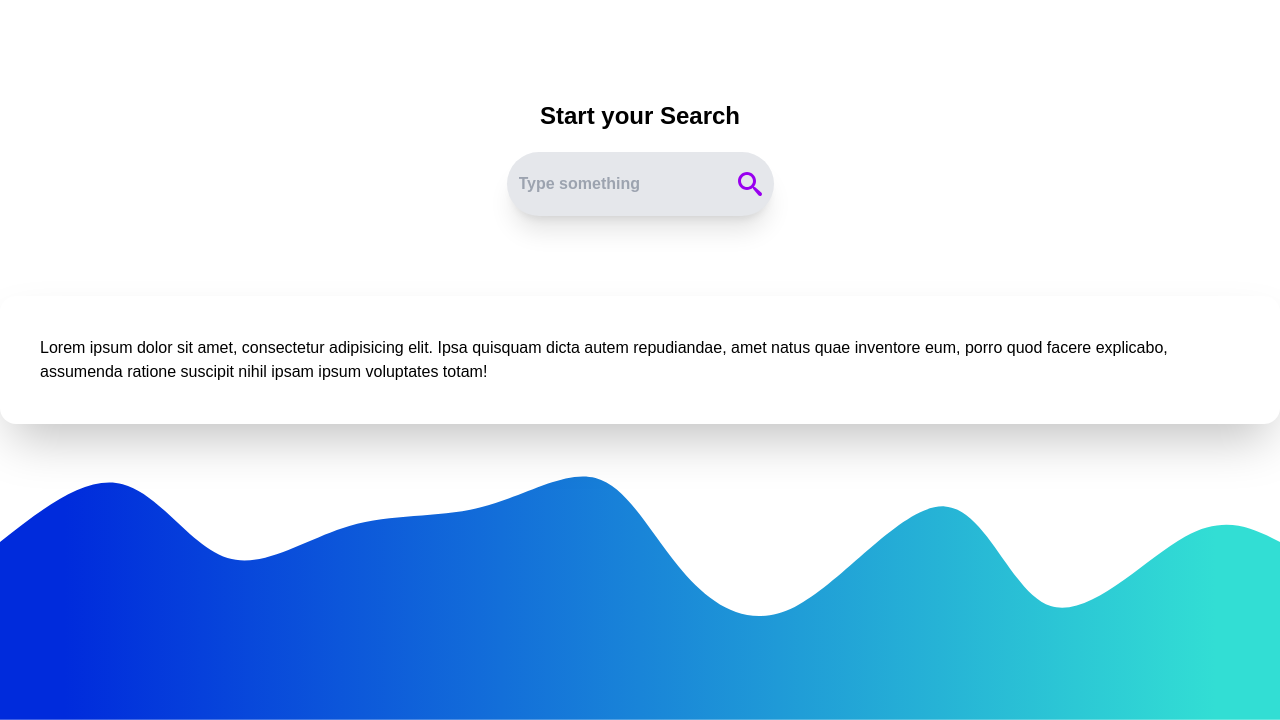
Repository: evergreenx/dictionary-octo
Page: /
An editor plug-in stored every save of this project. The page is shown before and after the next save, followed by the edit.
The browser window is 1280 px wide. The pictures show the whole page.
The project was rebuilt for these pictures with package versions that can differ from the ones it lists, and the page was loaded fresh each time. The framework's server and built-in components were replaced by stand-ins that run in the browser. Also part of the build but not shown: next.config.js.

Above is the page before, as saved 2022-04-30 15:12:51.

### pages/index.js
import Head from "next/head";
import Image from "next/image";
import bgimage from "../public/bg.svg";

import { ImSearch } from "react-icons/im";
import RandomWord from "../components/RandomWord";

export default function Home() {
  return (
    <div>
      <Head>
        <title>Create Next App</title>
        <meta name="description" content="Generated by create next app" />
        <link rel="icon" href="/favicon.ico" />
      </Head>

      <main className=" flex flex-col justify-center items-center py-20">
        <section className="input--container pb-20">
          <h1 className="text-2xl font-bold text-center py-5">
            Start your Search
          </h1>

          <div className="flex items-center bg-gray-200 shadow-xl rounded-full py-3 px-3">
            <input
              className="input--text bg-gray-200 font-bold outline-none py-2"
              type="text"
              placeholder="Type something"
            />

            <ImSearch className="text-[#9900efff] text-2xl" />
          </div>
        </section>

        <section>
          <RandomWord />
        </section>
      </main>
    </div>
  );
}

### styles/globals.css
@tailwind base;
@tailwind components;
@tailwind utilities;

@import url("https://fonts.googleapis.com/css2?family=Quicksand&display=swap");

* {
  box-sizing: border-box;
  margin: 0;
  padding: 0;
}

body {
  background-image: url("../public/bg.svg");
  background-repeat: no-repeat;
  background-size: contain;
  background-position: bottom;

  height: 100vh;
  font-family: "Quicksand", sans-serif;
}

a {
  color: inherit;
  text-decoration: none;
}

### components/RandomWord.js
import React from "react";

const RandomWord = () => {
  return (
    <div className="bg-white rounded-2xl shadow-2xl p-10 w-">
      Lorem ipsum dolor sit amet, consectetur adipisicing elit. Ipsa quisquam
      dicta autem repudiandae, amet natus quae inventore eum, porro quod facere
      explicabo, assumenda ratione suscipit nihil ipsam ipsum voluptates totam!
    </div>
  );
};

export default RandomWord;

Loaded but not shown: pages/_app.js (common file); tailwind.config.js (common file)

After the next save:
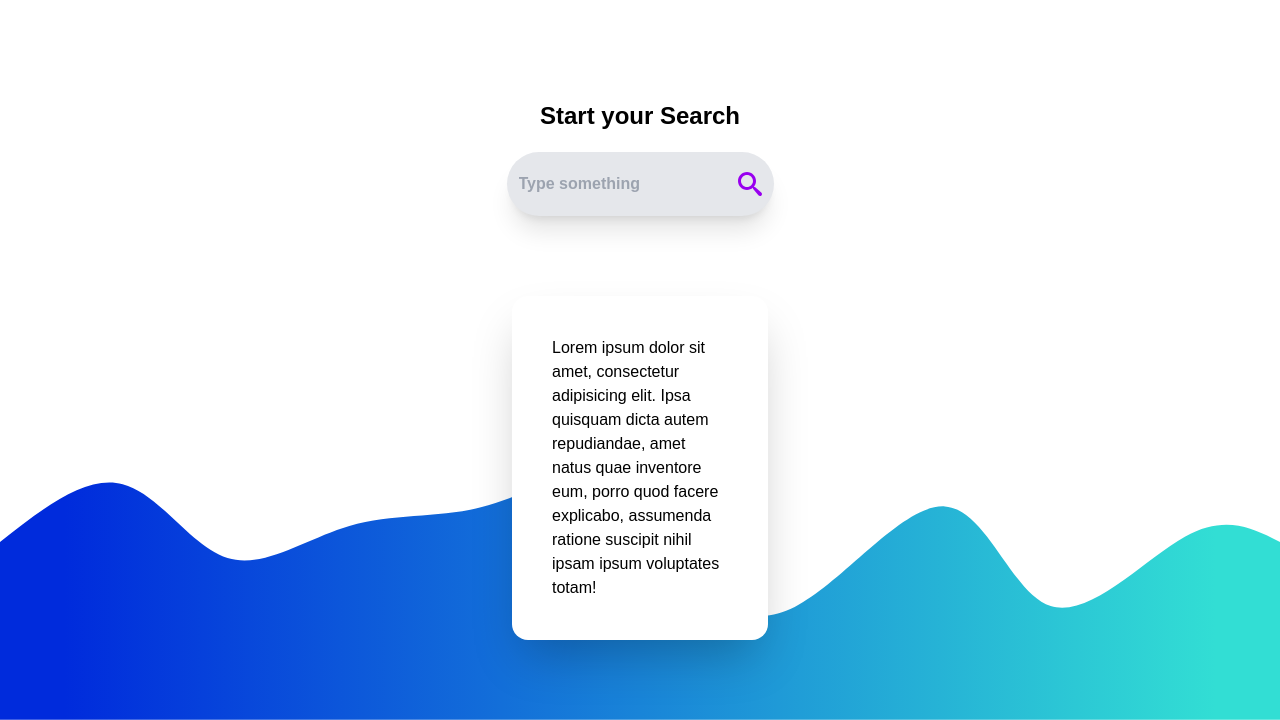
Saved 6 s later.
--- a/components/RandomWord.js
+++ b/components/RandomWord.js
@@ -2,7 +2,7 @@ import React from "react";
 
 const RandomWord = () => {
   return (
-    <div className="bg-white rounded-2xl shadow-2xl p-10 w-">
+    <div className="bg-white rounded-2xl shadow-2xl p-10 w-64">
       Lorem ipsum dolor sit amet, consectetur adipisicing elit. Ipsa quisquam
       dicta autem repudiandae, amet natus quae inventore eum, porro quod facere
       explicabo, assumenda ratione suscipit nihil ipsam ipsum voluptates totam!
